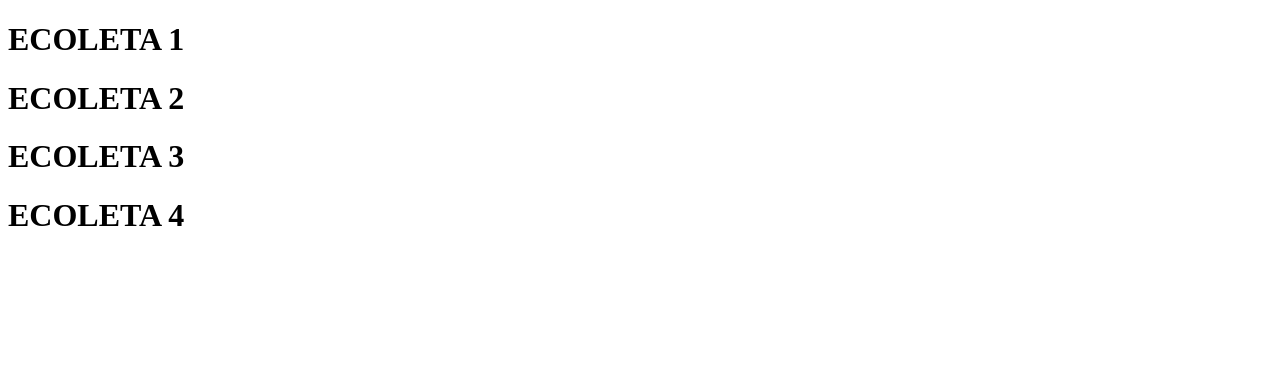
Repository: DavidSamerson/NLW_treinamento_2020
Page: /CreatePoint (app in webapp/)
The author's editor kept a copy of each file at every save. The page is drawn from the files as they stood at one save, then again after a run of saves.
The browser window is 1280 px wide. The pictures show the whole page.
The project was rebuilt for these pictures with package versions that can differ from the ones it lists, and the page was loaded fresh each time. Also part of the build but not shown: webapp/src/App.css.

Above is the page before, as saved 2020-06-12 21:01:19.

### webapp/src/App.tsx
import React, {useState} from 'react';
import './App.css';
import Header from './header';

//JSX -> sintaxe de xml dentro do javascript

function App() {

const [counter, setCounter] = useState(0); //[valor do estado / função para atualizar o valor do estado]

  return (
    <div>
        <Header title="ECOLETA 1"/>
        <Header title="ECOLETA 2"/>
        <Header title="ECOLETA 3"/>
        <Header title="ECOLETA 4"/>
    </div>
  );
}

export default App;

### webapp/src/header.tsx
import React from 'react';

interface HeaderProps {
    title: String;
}


const Header : React.FC<HeaderProps> = (props) => {
    return (
        <div>
            <h1>{props.title}</h1>
        </div>
    );
}



export default Header;

Loaded but not shown: webapp/public/index.html (common file); webapp/src/index.tsx (common file)

After the next 2 saves:
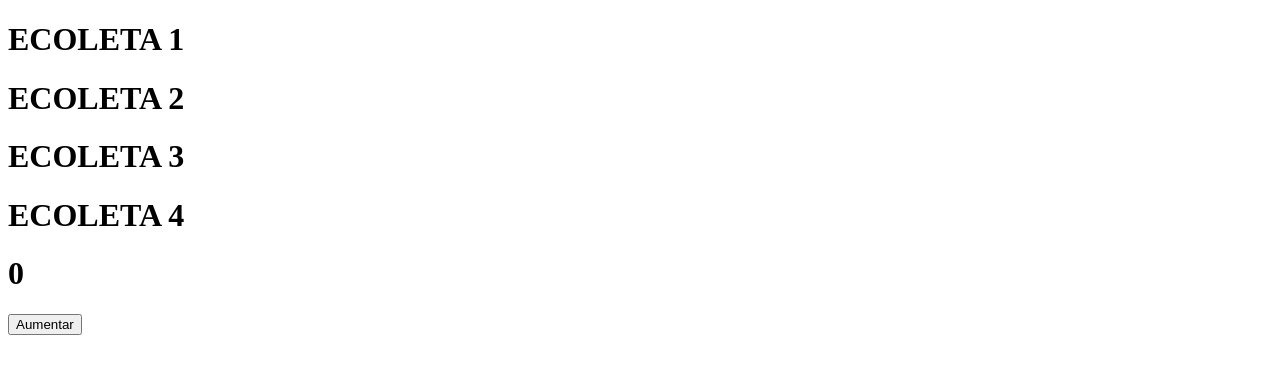
The 2 saves are shown as one change because 1 did not build or start.
The last was saved 3 min 9 s later.
--- a/webapp/src/App.tsx
+++ b/webapp/src/App.tsx
@@ -8,12 +8,19 @@ function App() {
 
 const [counter, setCounter] = useState(0); //[valor do estado / função para atualizar o valor do estado]
 
+function handleButton(){
+    setCounter(counter + 1);
+}
+
   return (
     <div>
         <Header title="ECOLETA 1"/>
         <Header title="ECOLETA 2"/>
         <Header title="ECOLETA 3"/>
         <Header title="ECOLETA 4"/>
+
+        <h1>{counter}</h1>
+        <button type="button" onClick={handleButton}>Aumentar</button>
     </div>
   );
 }
